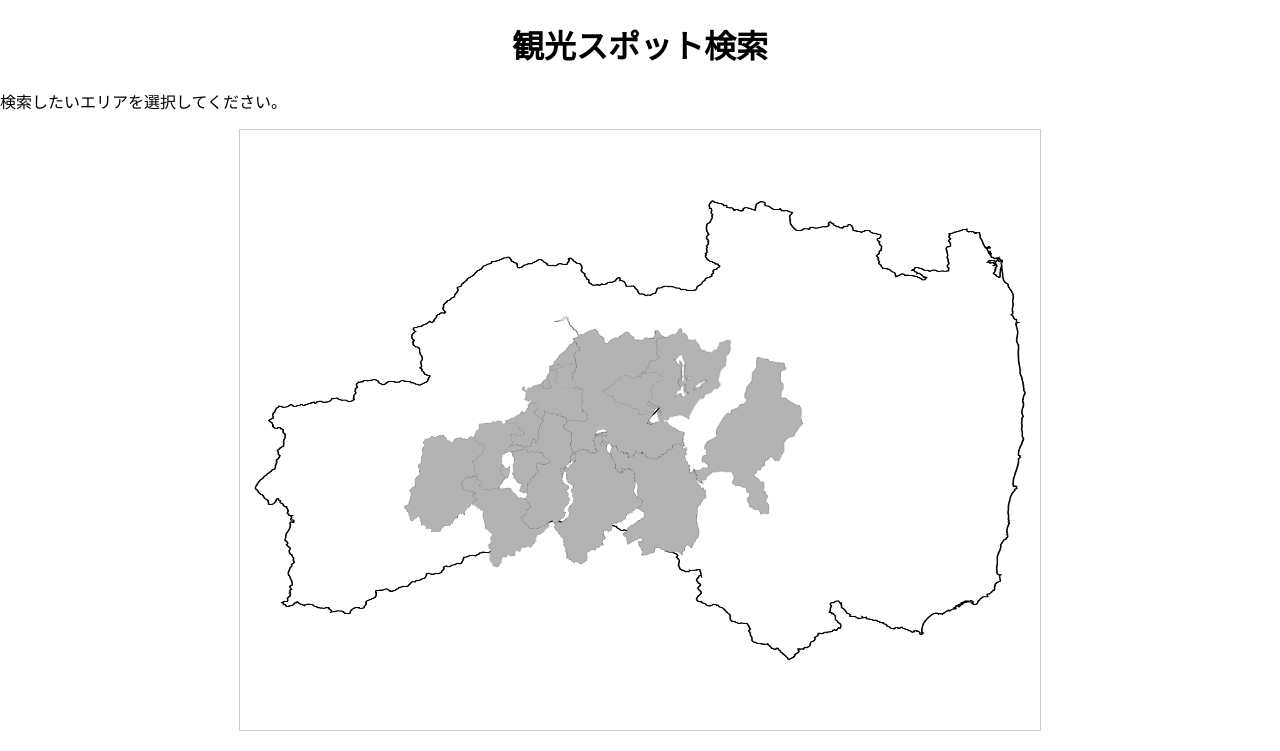
Repository: ryoutana/tanaryou.github.io
Page: Downloads/project/index.html
The author's editor kept a copy of each file at every save. The page is drawn from the files as they stood at one save, then again after the next save.
The browser window is 1280 px wide. The pictures show the whole page.

Above is the page before, as saved 2025-04-29 15:25:31.

After the next save:
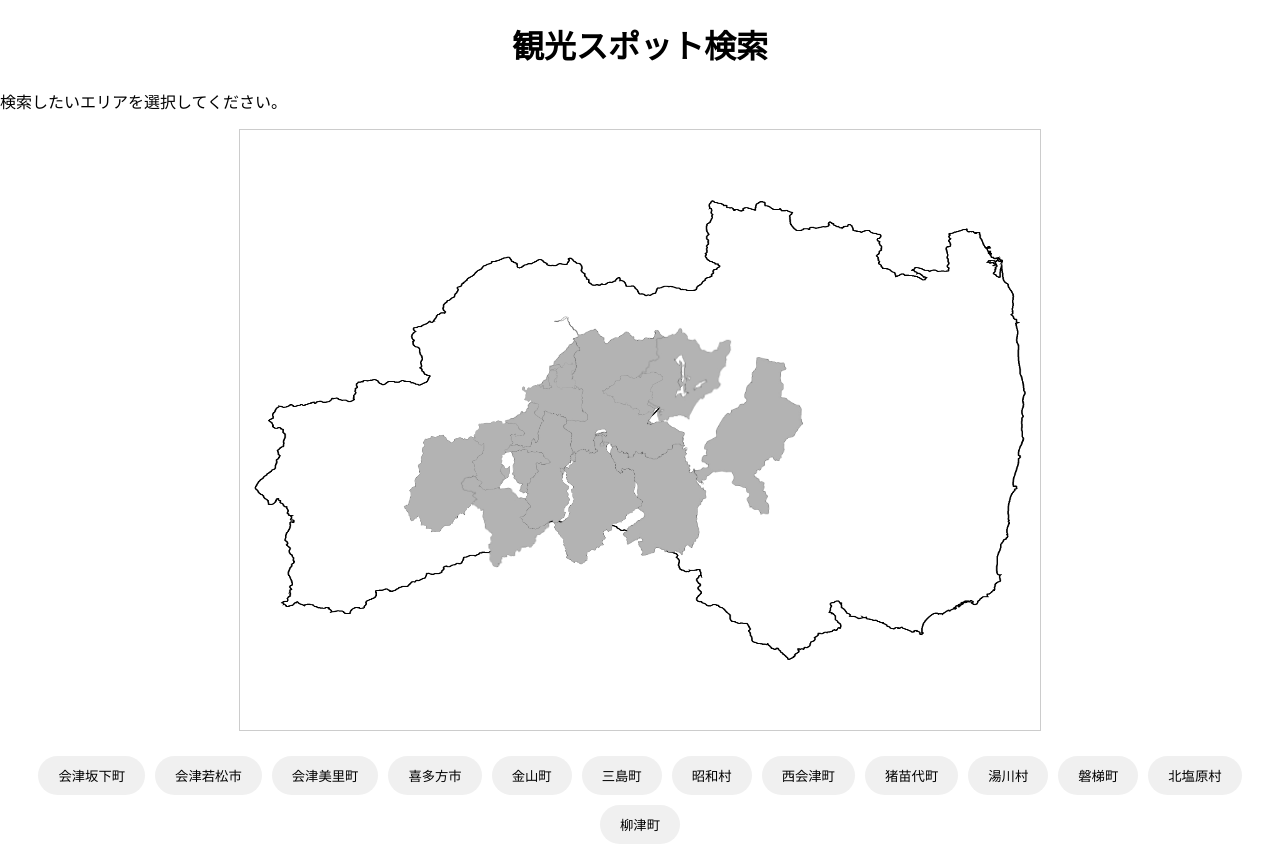
Saved 5 s later.
--- a/Downloads/project/script.js
+++ b/Downloads/project/script.js
@@ -19,8 +19,9 @@ const spots = [
 function generateSpots() {
     const spotContainer = document.getElementById('spotContainer');
     const mapContainer = document.getElementById('mapContainer');
+    const buttonContainer = document.getElementById('buttonContainer');
 
-    if (!spotContainer || !mapContainer) {
+    if (!spotContainer || !mapContainer || !buttonContainer) {
         console.error('Error: 必要な要素が見つかりません。');
         return;
     }
@@ -28,7 +29,7 @@ function generateSpots() {
     const mapWidth = mapContainer.offsetWidth; // 地図の幅
     const mapHeight = mapContainer.offsetHeight; // 地図の高さ
 
-    spots.forEach(spot => {
+    spots.forEach((spot, index) => {
         // スポット画像を作成
         const img = document.createElement('img');
         img.src = spot.img;
@@ -71,13 +72,25 @@ function generateSpots() {
 
         // スポット画像を追加
         spotContainer.appendChild(img);
+
+        // ボタンを作成
+        const button = document.createElement('button');
+        button.textContent = spot.name;
+        button.classList.add('spot-button');
+        button.addEventListener('click', () => {
+            // ボタンを押したときに対応する画像をクリックしたのと同じ動作を実行
+            img.click();
+        });
+
+        // ボタンを追加
+        buttonContainer.appendChild(button);
     });
 }
 
 // 初期化処理
 function init() {
     generateSpots();
-    console.log('スポット画像の生成が完了しました。');
+    console.log('スポット画像とボタンの生成が完了しました。');
 }
 
 // ページ読み込み時に初期化
